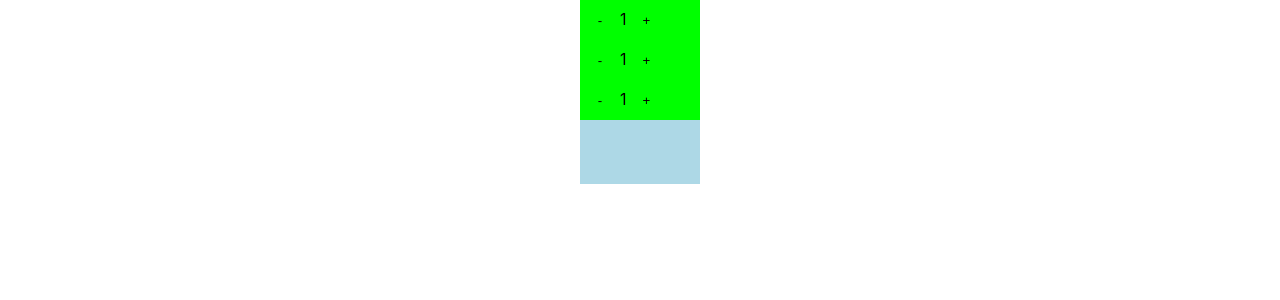
Repository: max535/test-task-netrika
Page: /
The author's editor kept a copy of each file at every save. The page is drawn from the files as they stood at one save, then again after the next save.
The browser window is 1280 px wide. The pictures show the whole page.
The project was rebuilt for these pictures with package versions that can differ from the ones it lists, and the page was loaded fresh each time.

Above is the page before, as saved 2021-10-16 07:00:56.

### public/index.html
<!DOCTYPE html>
<html lang="en">
  <head>
    <meta charset="utf-8" />
    <meta name="viewport" content="width=device-width, initial-scale=1" />
    <title>Тестовые задания</title>
  </head>
  <body>
    <div id="root"></div>
  </body>
</html>

### src/App.js
import React from 'react';
import Counter from './Counter/Counter';
import './App.css';

function App() {
  return (
    <div className="App">
      <div className="Frame">
        <Counter className="White" />
        <Counter className="Red" />
        <Counter className="Lime" />
      </div>
    </div>
  );
}

export default App;

### src/Counter/Counter.js
import React, { useState } from 'react';
import "./Counter.css";

const Counter = () => {
    const [count, setCount] = useState(1);

    const handleIncrement = () => {
        setCount(count + 1);
    }

    const handleDecrement = () => {
        setCount(count - 1);
    }

    return (
        <div className="Counter">
            <button className="Decrement" onClick={handleDecrement}>-</button>
            <span className="Count">{count}</span>
            <button className="Increment" onClick={handleIncrement}>+</button>
        </div>
    );
}

export default Counter;

### src/App.css
.App {
  display: flex;
  flex-direction: column;
  align-items: center;
  width: 100%;
  height: 100%;
}

### src/Counter/Counter.css
.Frame {
    width: 120px;
    height: 184px;
    background-color: lightblue;
}

.White {
    background-color: #FFF;
}

.Counter {
   width: 120px;
   height: 40px;
   background-color: lime;

}

.Decrement, .Increment {
    width: 40px;
    height: 40px;
    border: none;
    background-color: inherit;
}

/* .Increment {
    width: 40px;
    height: 40px;
} */

.Count {
    width: 40px;
    height: 40px;
}

Loaded but not shown: src/index.js (common file); src/index.css (common file)

After the next save:
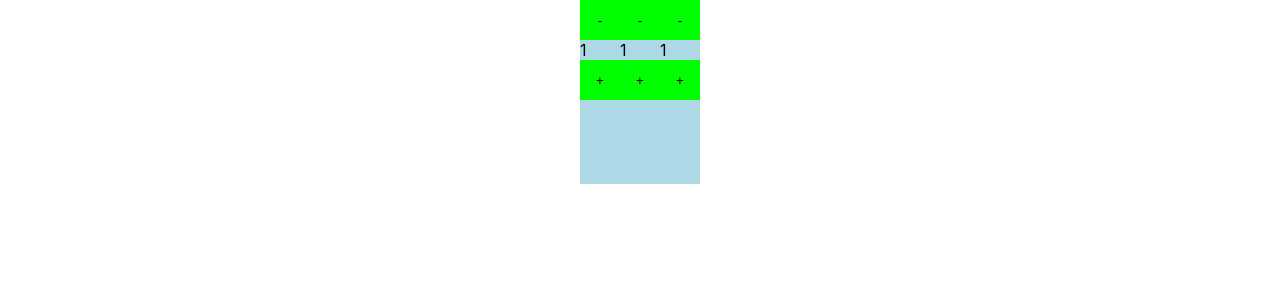
Saved 22 s later.
--- a/src/Counter/Counter.css
+++ b/src/Counter/Counter.css
@@ -1,4 +1,5 @@
 .Frame {
+    display: flex;
     width: 120px;
     height: 184px;
     background-color: lightblue;

After the save that followed:
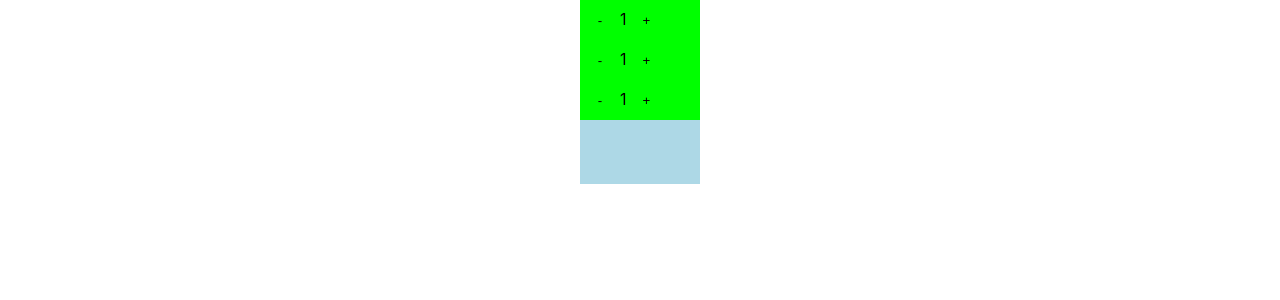
Saved 28 s later.
--- a/src/Counter/Counter.css
+++ b/src/Counter/Counter.css
@@ -1,5 +1,7 @@
 .Frame {
     display: flex;
+    flex-direction: column;
+    align-items: center;
     width: 120px;
     height: 184px;
     background-color: lightblue;
